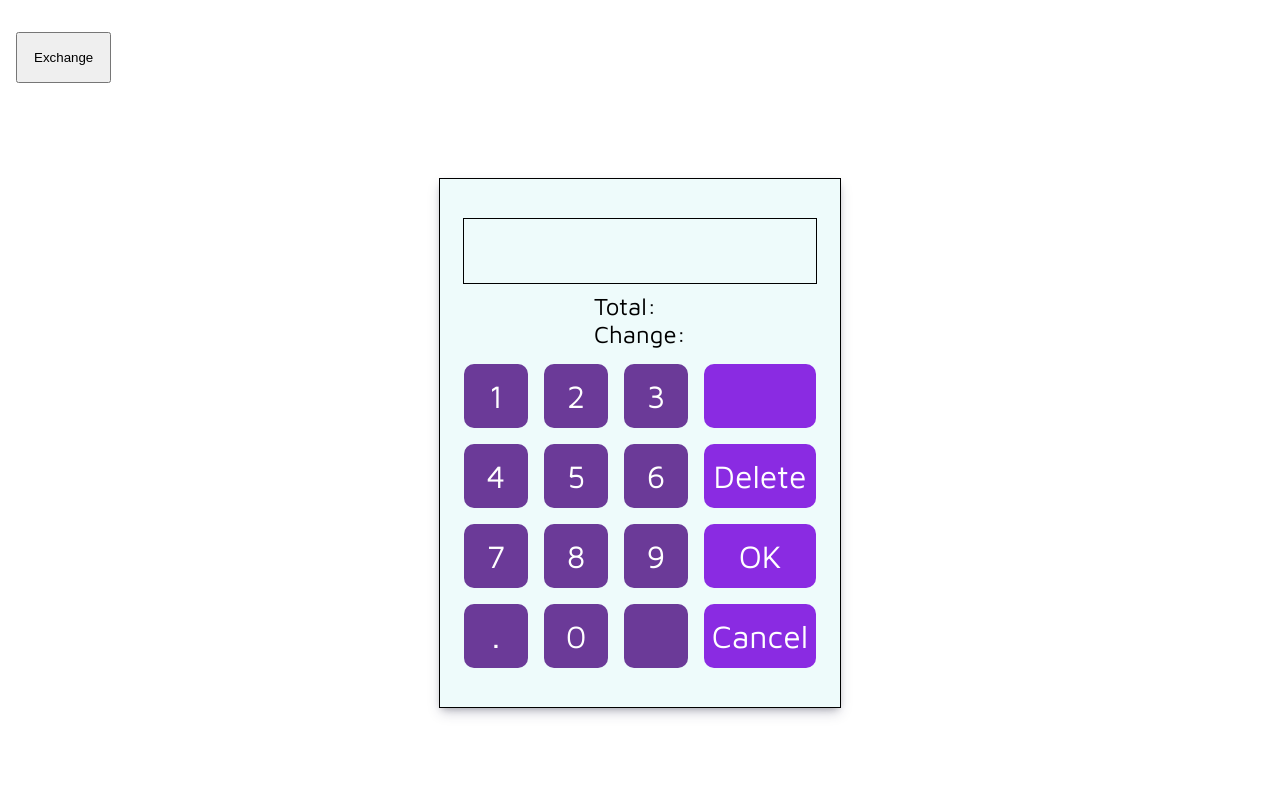
Repository: Dapravith/Midterm-SE-GIC-Cafe-Project-Group16
Page: src/main/resources/templates/changeCalculate.html
The author's editor kept a copy of each file at every save. The page is drawn from the files as they stood at one save, then again after the next save.
The browser window is 1280 px wide. The pictures show the whole page.

Above is the page before, as saved 2023-05-12 16:49:57.
Console error: TypeError: Cannot read properties of null (reading 'addEventListener')

After the next save:
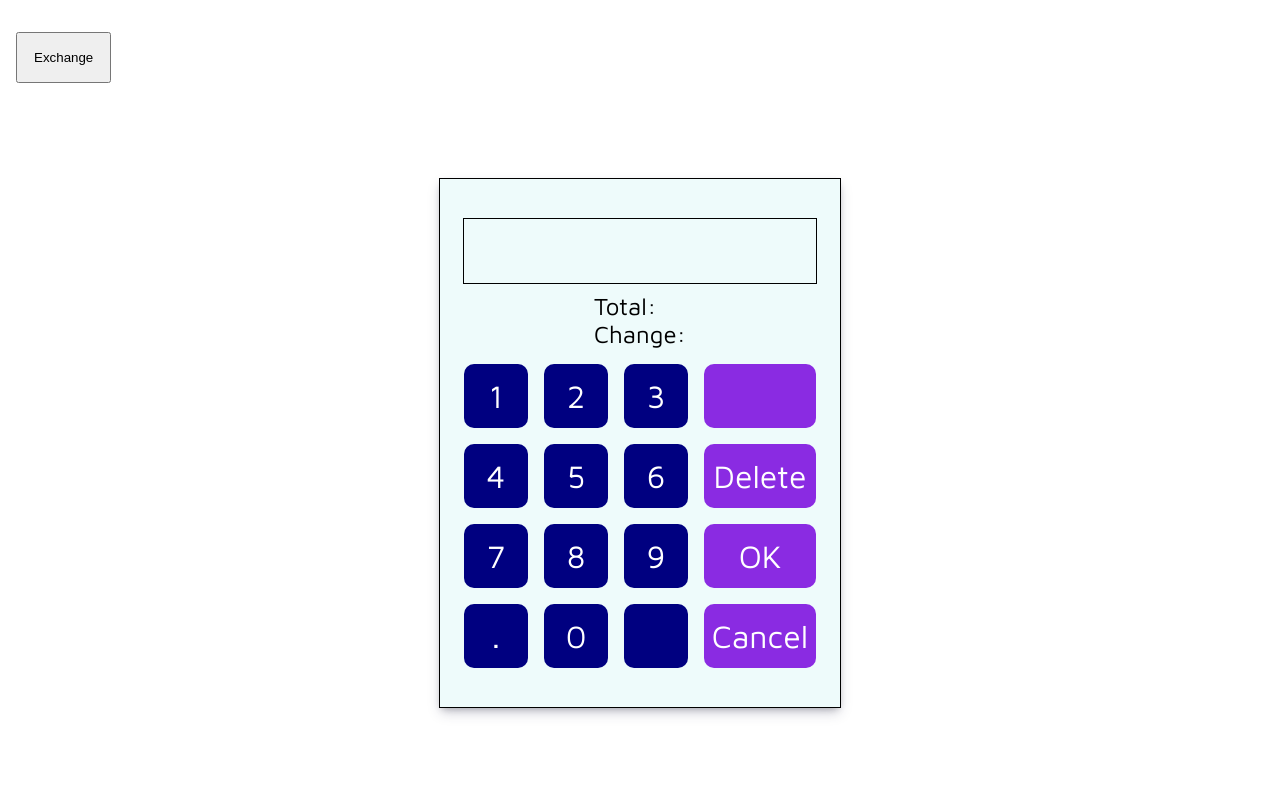
Saved 66 s later.
--- a/src/main/resources/templates/changeCalculate.html
+++ b/src/main/resources/templates/changeCalculate.html
@@ -58,7 +58,7 @@
         gap: 1rem;
       }
       .box {
-        background-color: rgb(107, 58, 152);
+        background-color: #000080;
         width: 4rem;
         height: 4rem;
         font-size: 2rem;
